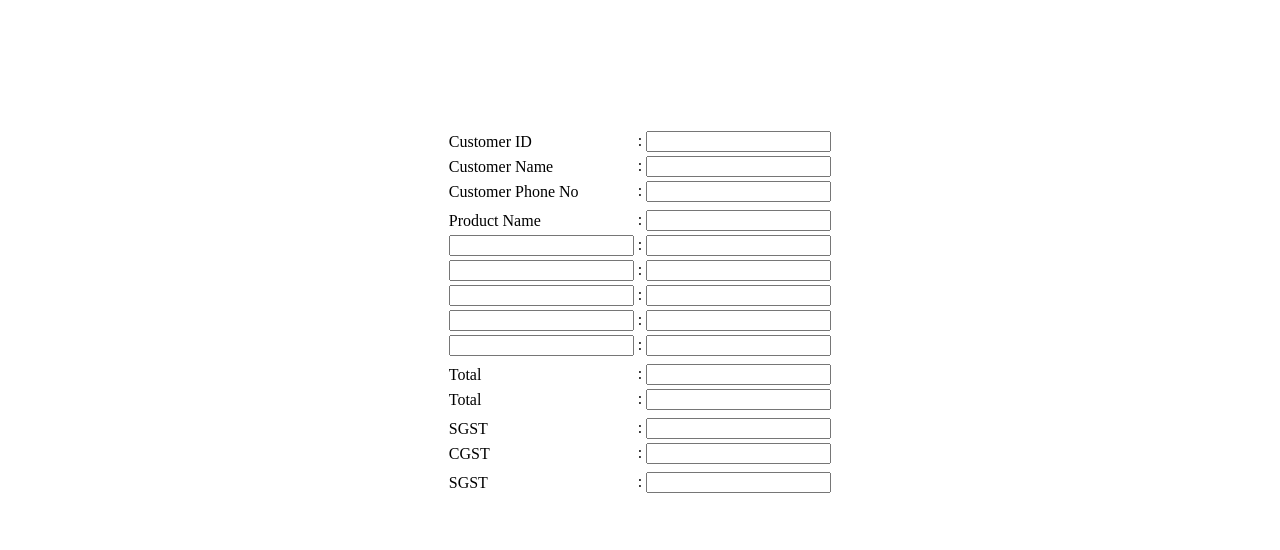
Repository: gajanansp07/Advance_Java_Practice
Page: http://localhost/JspPro/JspTest.jsp
The author's editor kept a copy of each file at every save. The page is drawn from the files as they stood at one save, then again after the next save.
The browser window is 1280 px wide. The pictures show the whole page.
The page is served by Tomcat 9.

Above is the page before, as saved 2022-03-13 14:08:13.

After the next save:
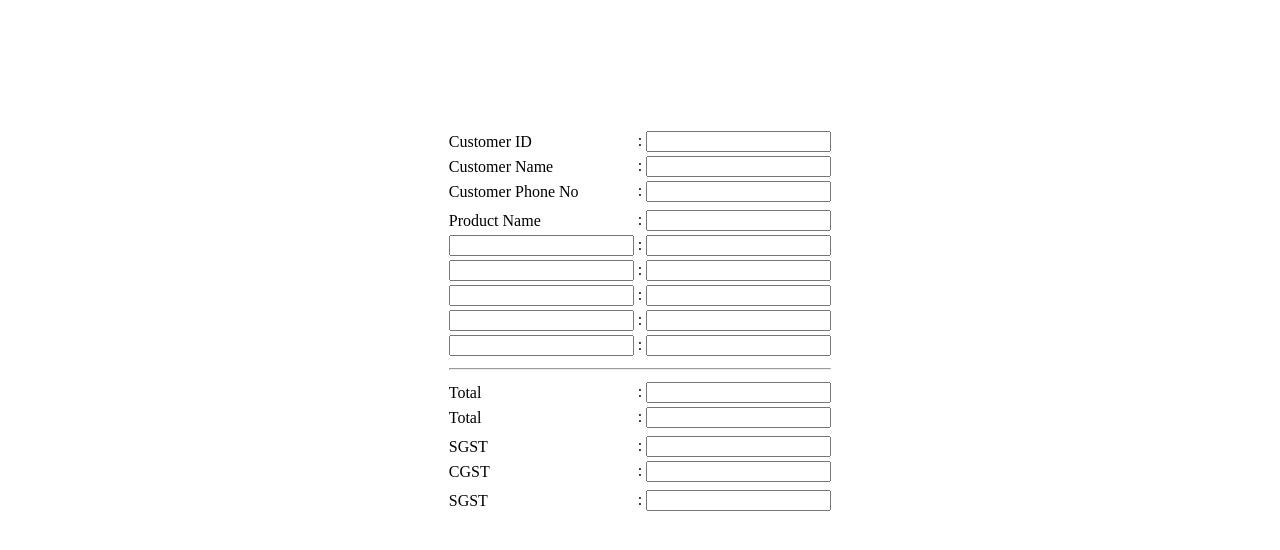
Saved 25 min 49 s later.
--- a/JspPro/src/main/webapp/JspTest.jsp
+++ b/JspPro/src/main/webapp/JspTest.jsp
@@ -32,7 +32,7 @@
 	<tr><td> <input type="text" name="cname" id="cname"></td><td> :  <input type="text" name="cname" id="cname"> </td></tr>
 	<tr><td> <input type="text" name="cname" id="cname"></td><td> :  <input type="text" name="cname" id="cname"> </td></tr>
 	<tr><td> <input type="text" name="cname" id="cname"></td><td> :  <input type="text" name="cname" id="cname"> </td></tr>
-	<tr><td></td> </tr>
+	<tr><td colspan=2> <hr /></td> </tr>
 	<tr><td> Total</td><td> :  <input type="text" name="cname" id="cname"> </td></tr>
 	<tr><td> Total</td><td> :  <input type="text" name="cname" id="cname"> </td></tr>
 	<tr><td></td> </tr>
